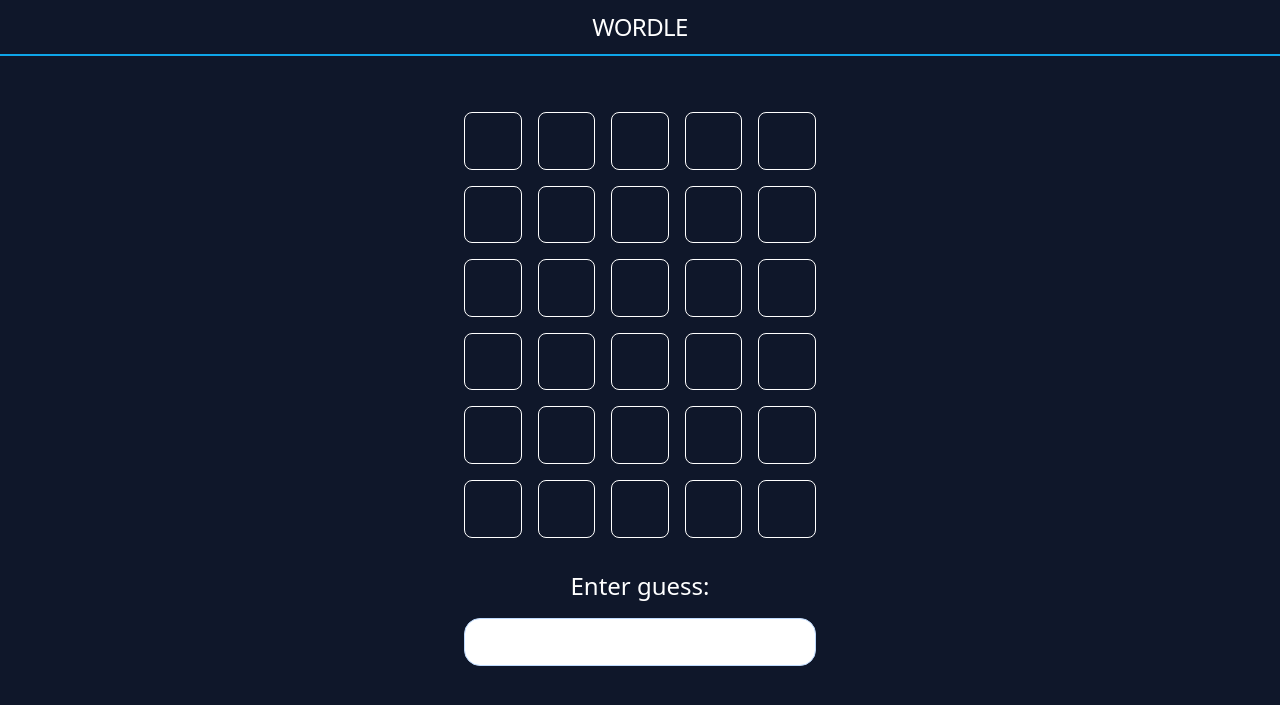
Repository: hjubsoni/basic-wordle-game
Page: / (app in client/)
These files come from the project's save history. The page is drawn as it stood at one moment and after the next save; the edit follows.
The browser window is 1280 px wide. The pictures show the whole page.
The page's requests for data from a server got no answer. The project was rebuilt for these pictures with package versions that can differ from the ones it lists, and the page was loaded fresh each time. No one was signed in, and anything a server would have sent is missing. Also part of the build but not shown: client/vite.config.ts.

Above is the page before, as saved 2023-01-28 18:53:52.

After the next save:
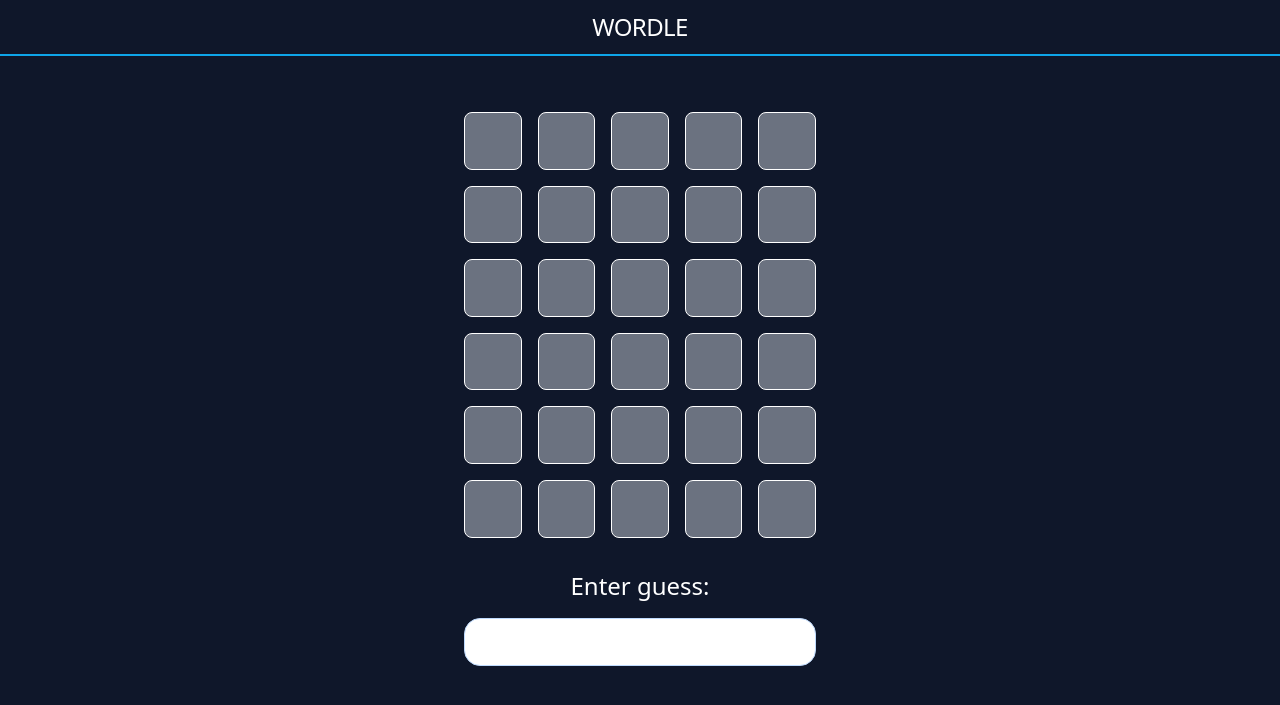
Saved 37 s later.
--- a/client/src/components/Cell/Cell.tsx
+++ b/client/src/components/Cell/Cell.tsx
@@ -23,7 +23,9 @@
       break;
   }
   return (
-    <div className="border border-white flex-1 aspect-square rounded-lg text-white text-3xl uppercase flex items-center justify-center">
+    <div
+      className={`${styles} border border-white flex-1 aspect-square rounded-lg text-white text-3xl uppercase flex items-center justify-center`}
+    >
       {currentChar}
     </div>
   );

After the save that followed:
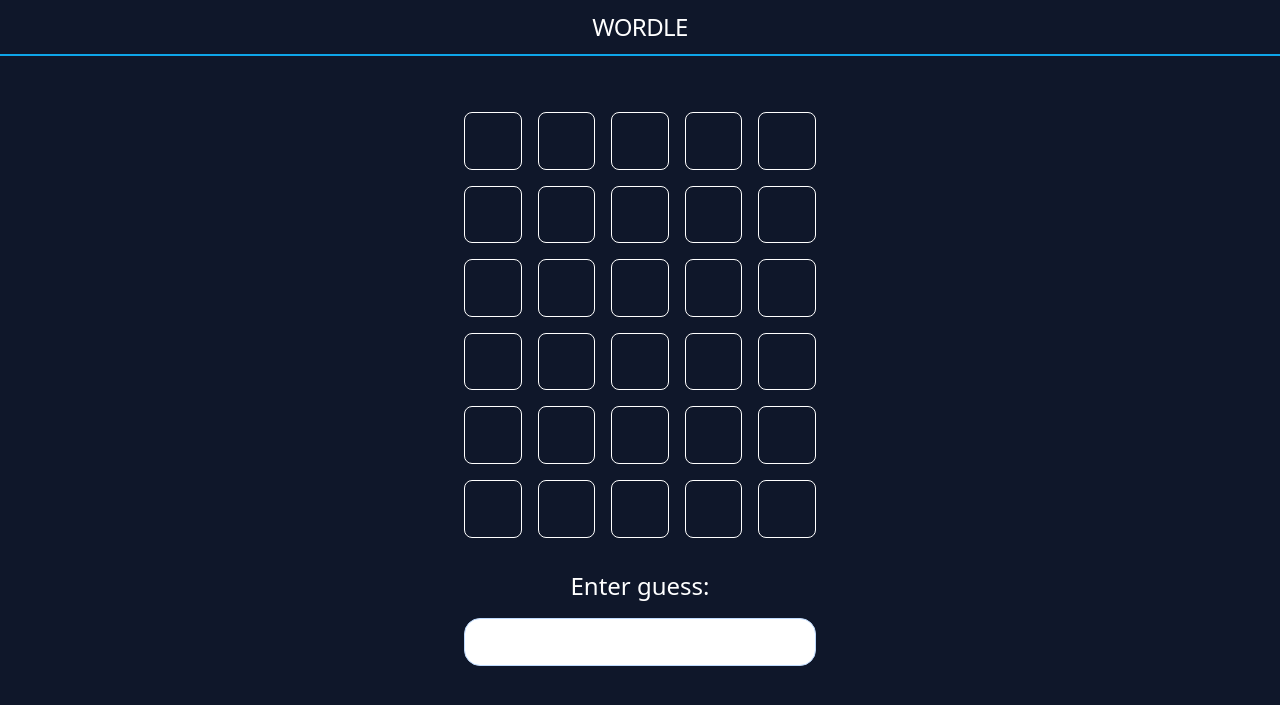
Saved 24 s later.
--- a/client/src/components/Cell/Cell.tsx
+++ b/client/src/components/Cell/Cell.tsx
@@ -18,7 +18,7 @@
     case 'misplaced':
       styles = 'bg-yellow-500';
       break;
-    default:
+    case 'incorrect':
       styles = 'bg-gray-500';
       break;
   }
